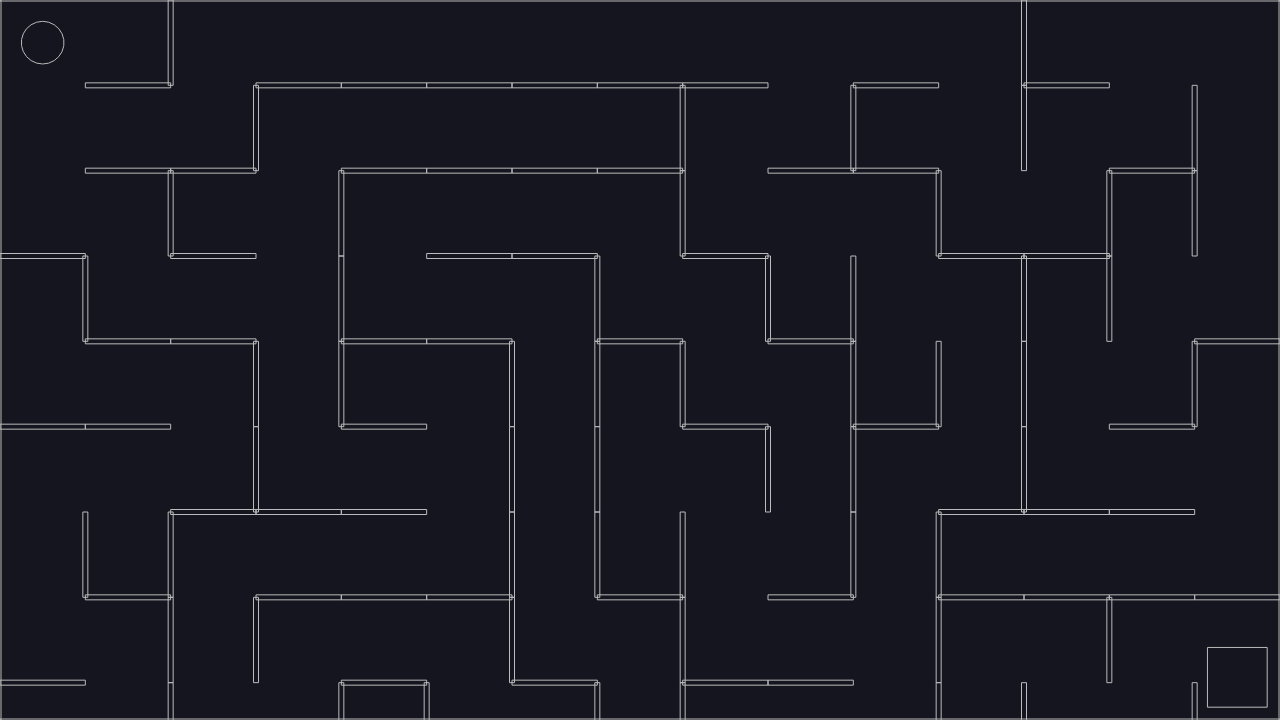
Repository: zhapar/JS-Bootcamp
Page: 3. Maze/index.html
The author's editor kept a copy of each file at every save. The page is drawn from the files as they stood at one save, then again after the next save.
The browser window is 1280 px wide. The pictures show the whole page.
Some web libraries are served in a nearby version.

Above is the page before, as saved 2020-07-17 17:16:38.

After the next save:
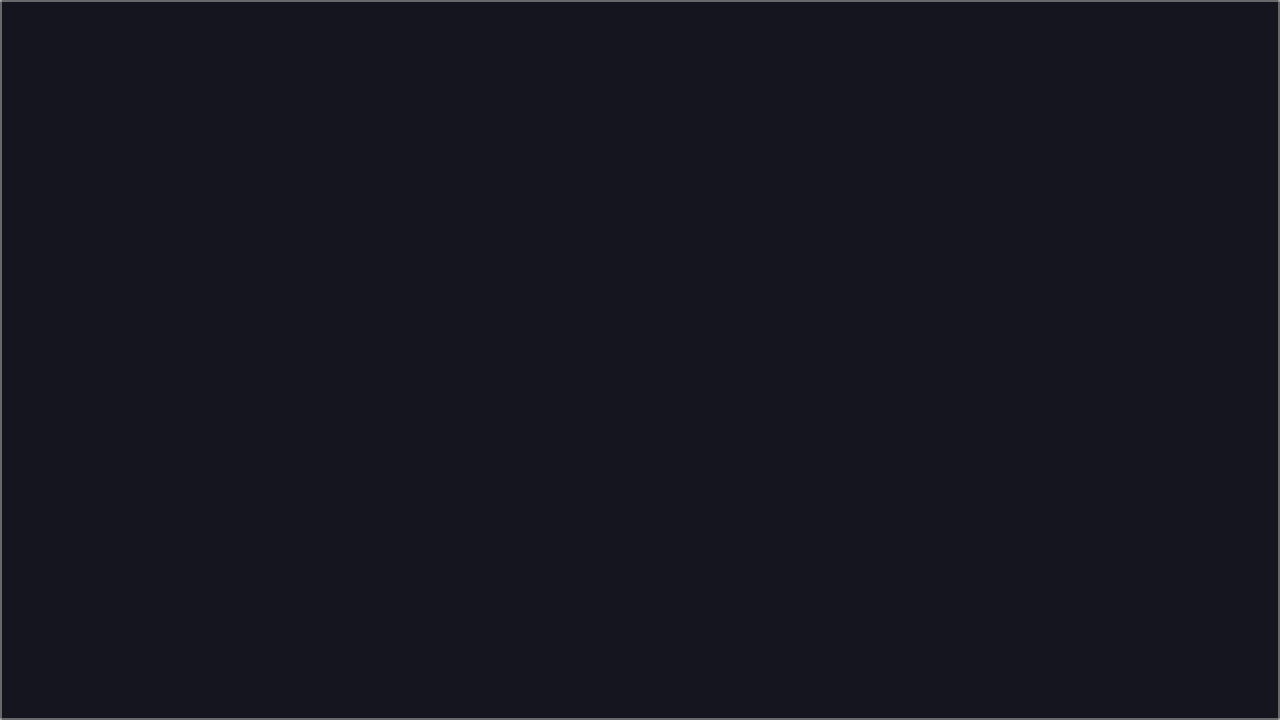
Console error: ReferenceError: cells is not defined
Saved 5 min 32 s later.
--- a/3. Maze/app.js
+++ b/3. Maze/app.js
@@ -10,11 +10,13 @@ const {
   // MouseConstraint,
 } = Matter;
 
-const cells = 15;
+const cellsHorizontal = 4;
+const cellsVertical = 3;
 const width = window.innerWidth;
 const height = window.innerHeight;
 
-const unitLength = width / cells;
+const unitLengthX = width / cellsHorizontal;
+const unitLengthY = width / cellsVertical;
 
 const engine = Engine.create();
 
